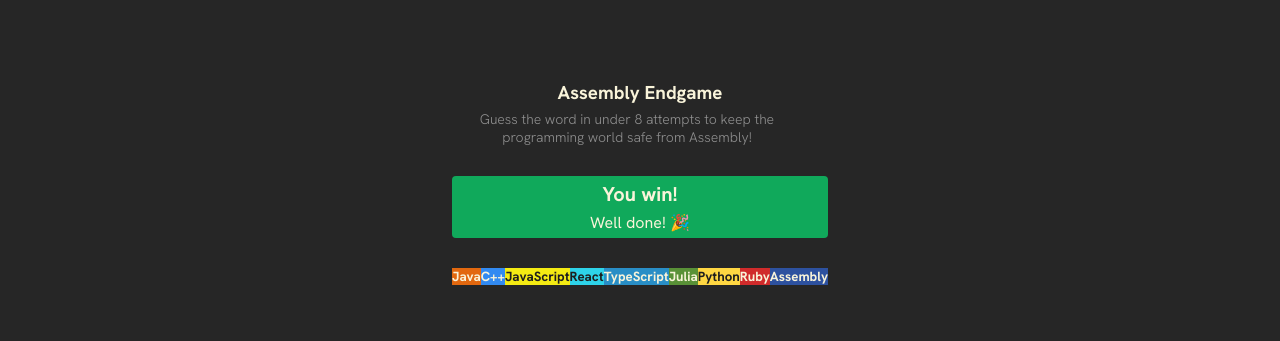
Repository: AchrafAzzaoui/AssemblyEndgame
Page: / (app in assembly-endgame/)
The author's editor kept a copy of each file at every save. The page is drawn from the files as they stood at one save, then again after the next save.
The browser window is 1280 px wide. The pictures show the whole page.
The project was rebuilt for these pictures with package versions that can differ from the ones it lists, and the page was loaded fresh each time. Also part of the build but not shown: assembly-endgame/vite.config.js.

Above is the page before, as saved 2024-12-25 12:36:19.

### assembly-endgame/index.html
<!DOCTYPE html>
<html lang="en">
  <head>
    <meta charset="UTF-8" />
    <link rel="icon" type="image/svg+xml" href="/vite.svg" />
    <meta name="viewport" content="width=device-width, initial-scale=1.0" />
    <link
      href="https://fonts.googleapis.com/css2?family=Hanken+Grotesk:wght@300;400;500;600;700&display=swap"
      rel="stylesheet"
    />
    <title>Assembly Endgame</title>
  </head>
  <body>
    <div id="root"></div>
    <script type="module" src="/src/main.jsx"></script>
  </body>
</html>

### assembly-endgame/src/index.css
* {
  margin: 0;
  padding: 0;
  box-sizing: border-box;
}
body {
  font-family: "Hanken Grotesk", sans-serif;
  background-color: #262626;
  color: #d9d9d9;
  padding: 80px 40px;
  height: 100vh;
  display: flex;
  justify-content: center;
}

header {
  text-align: center;
}

.game-title {
  color: #f9f4da;
}
.game-description {
  margin-top: 5px;
  font-weight: 300;
  color: #8e8e8e;
  font-size: 0.875rem;
  max-width: 350px;
}

/* status */
.game-status {
  background-color: #10a95b;
  color: #f9f4da;
  display: flex;
  flex-direction: column;
  align-items: center;
  padding: 0px 80px;
  margin: 20px 0;
  border-radius: 4px;
  margin-block: 30px;
}
.game-status p {
  margin-bottom: 5px;
}
.game-status h2 {
  font-size: 1.25rem;
  margin: 5px;
}

/* language tags */
.language-tags-container {
  display: flex;
  justify-content: center;
  margin-top: 20px;
  flex-wrap: wrap;
}

### assembly-endgame/src/App.jsx
import { useState } from "react";
import Status from "./components/Status.jsx";
import LanguageTags from "./components/LanguageTags.jsx";

export default function App() {
  return (
    <main>
      <header>
        <h3 className="game-title">Assembly Endgame</h3>
        <p className="game-description">
          Guess the word in under 8 attempts to keep the programming world safe
          from Assembly!
        </p>
      </header>
      <Status />
      <LanguageTags />
    </main>
  );
}

### assembly-endgame/src/components/Status.jsx
import { useState } from "react";

export default function Status() {
  return (
    <div className="game-status">
      <h2>You win!</h2>
      <p>Well done! 🎉</p>
    </div>
  );
}

### assembly-endgame/src/components/LanguageTags.jsx
import { useState } from "react";
import { languages } from "../data/languages.js";

export default function LanguageTags() {
  const languageTags = languages.map((language) => {
    const { name, backgroundColor, color } = language;
    return (
      <div
        className="language-tag"
        style={{ backgroundColor: backgroundColor, color: color }}
      >
        <h5>{name}</h5>
      </div>
    );
  });
  return <div className="language-tags-container">{languageTags}</div>;
}

### assembly-endgame/src/data/languages.js
export const languages = [
  {
    name: "Java",
    backgroundColor: "#E2680F",
    color: "#F9F4DA",
  },
  {
    name: "C++",
    backgroundColor: "#328AF1",
    color: "#F9F4DA",
  },
  {
    name: "JavaScript",
    backgroundColor: "#F4EB13",
    color: "#1E1E1E",
  },
  {
    name: "React",
    backgroundColor: "#2ED3E9",
    color: "#1E1E1E",
  },
  {
    name: "TypeScript",
    backgroundColor: "#298EC6",
    color: "#F9F4DA",
  },
  {
    name: "Julia",
    backgroundColor: "#599137",
    color: "#F9F4DA",
  },
  {
    name: "Python",
    backgroundColor: "#FFD742",
    color: "#1E1E1E",
  },
  {
    name: "Ruby",
    backgroundColor: "#D02B2B",
    color: "#F9F4DA",
  },
  {
    name: "Assembly",
    backgroundColor: "#2D519F",
    color: "#F9F4DA",
  },
];

Loaded but not shown: assembly-endgame/src/main.jsx (common file)

After the next save:
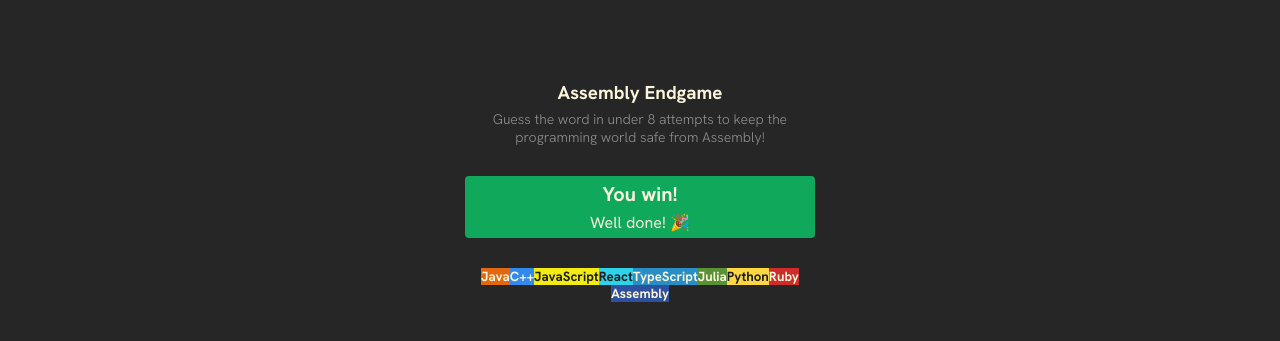
Saved 15 s later.
--- a/assembly-endgame/src/index.css
+++ b/assembly-endgame/src/index.css
@@ -54,4 +54,5 @@
   justify-content: center;
   margin-top: 20px;
   flex-wrap: wrap;
+  max-width: 350px;
 }
